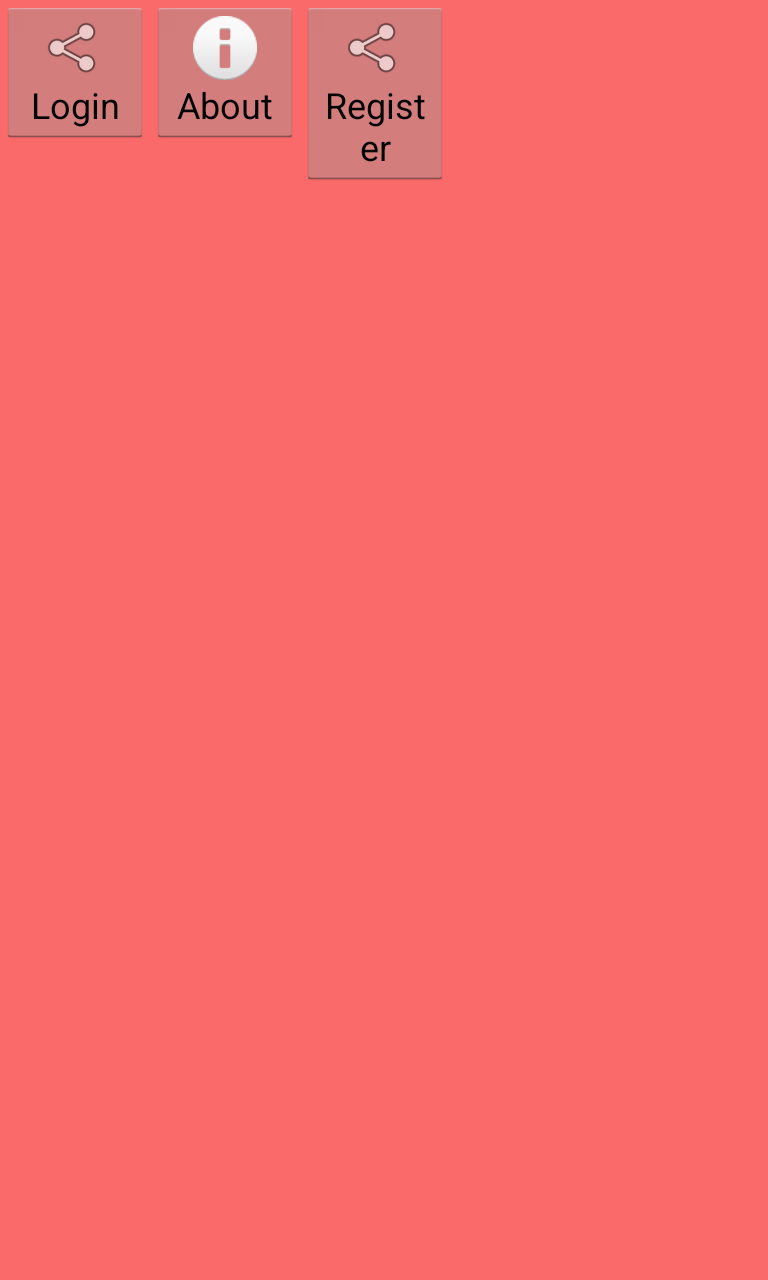
Repository: njiiriJohnii/Android-projects
Layout: basicfragments/res/layout/activity_main.xml
These files come from the project's save history. The layout is drawn as it stood at one moment and after the next save; the edit follows.
It is drawn on a 768 x 1280 px phone screen (xhdpi) without system bars, with theme AppTheme; the app's code is not run.

Above is the layout before, as saved 2014-06-16 19:20:48.

### basicfragments/res/layout/activity_main.xml
<RelativeLayout xmlns:android="http://schemas.android.com/apk/res/android"
    android:layout_width="fill_parent"
    android:layout_height="fill_parent"
    android:orientation="vertical"
    android:background="#fa6a6a">

    <Button
        android:id="@+id/btnlogin"
        android:layout_width="150px"
        android:layout_height="wrap_content"
        android:drawableTop="@android:drawable/ic_menu_share"
        android:onClick="clicked"
        android:text="Login" />

    <Button
        android:id="@+id/btnreg"
        android:layout_width="150px"
        android:layout_toRightOf="@+id/btninfo"
        android:layout_height="wrap_content"
        android:onClick="clicked"
        android:text="Register"
        android:layout_marginLeft="0dp"
        android:drawableTop="@android:drawable/ic_menu_share"
        />
    <FrameLayout
        android:id="@+id/fragment_space"
        android:layout_height="fill_parent"
        android:layout_width="fill_parent"
        android:layout_below="@+id/btninfo"



        ></FrameLayout>

    <Button
        android:id="@+id/btninfo"
        android:layout_width="150px"
        android:layout_height="wrap_content"
        android:layout_alignParentTop="true"
        android:layout_toRightOf="@+id/btnlogin"
        android:drawableTop="@android:drawable/ic_dialog_info"
        android:onClick="clicked"
        android:text="About" />

</RelativeLayout>

Loaded but not shown: basicfragments/res/values/styles.xml (common file); basicfragments/res/values-v11/styles.xml (common file); basicfragments/res/values-v14/styles.xml (common file)

After the next save:
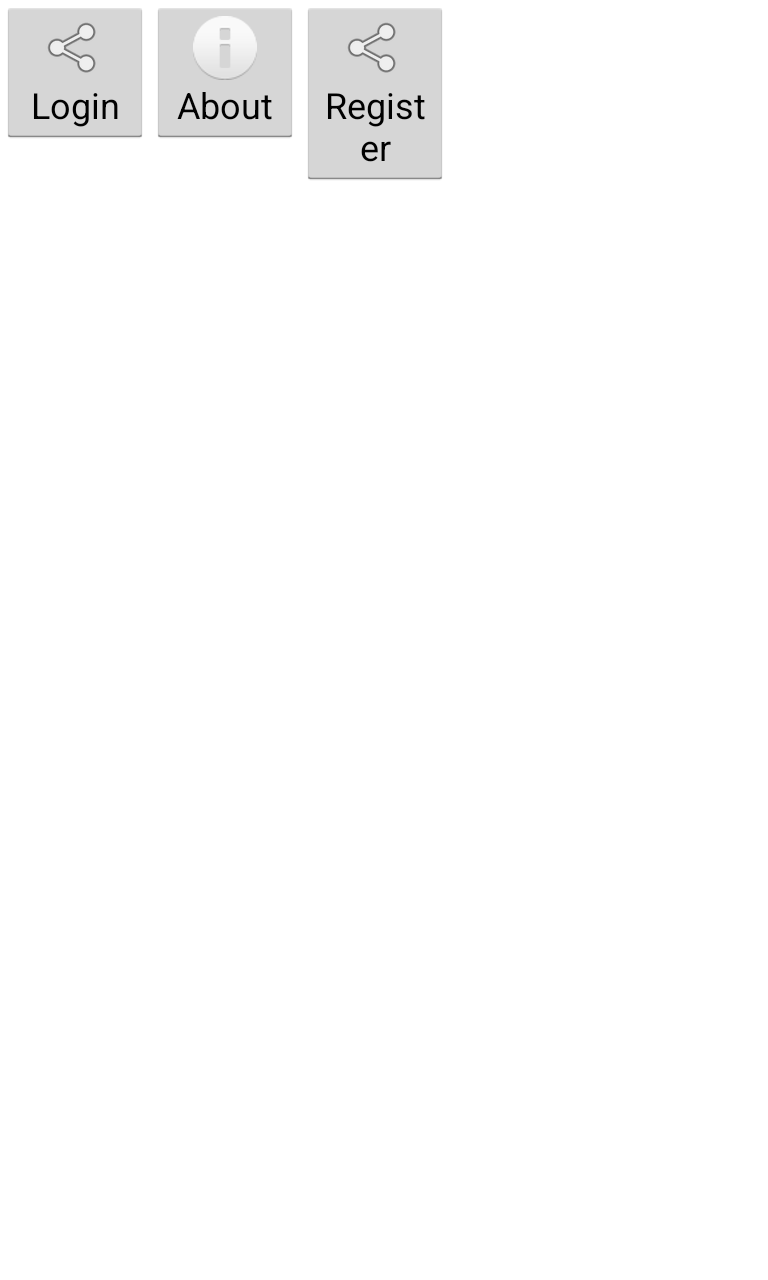
Saved 2 min 51 s later.
--- a/basicfragments/res/layout/activity_main.xml
+++ b/basicfragments/res/layout/activity_main.xml
@@ -2,7 +2,7 @@
     android:layout_width="fill_parent"
     android:layout_height="fill_parent"
     android:orientation="vertical"
-    android:background="#fa6a6a">
+    android:background="#ffffff">
 
     <Button
         android:id="@+id/btnlogin"
